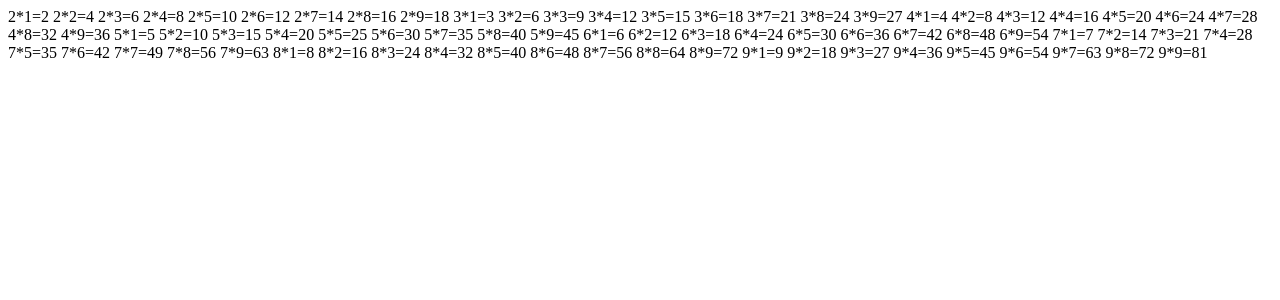
Repository: Yongb15/4.jsp
Page: http://localhost/Ex_0527/gugudan.jsp
These files come from the project's save history. The page is drawn as it stood at one moment and after the next save; the edit follows.
The browser window is 1280 px wide. The pictures show the whole page.
The page is served by Tomcat 10.

Above is the page before, as saved 2024-05-27 12:07:20.

After the next save:
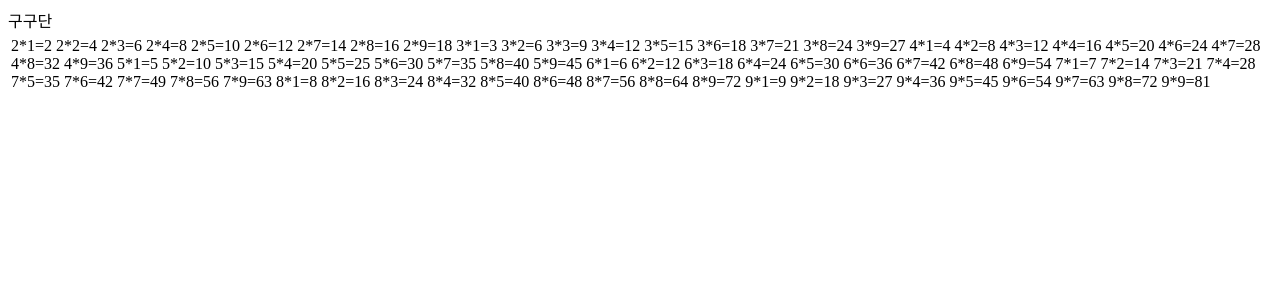
Saved 3 min 13 s later.
--- a/Ex_0527/src/main/webapp/gugudan.jsp
+++ b/Ex_0527/src/main/webapp/gugudan.jsp
@@ -4,15 +4,21 @@
 <html>
 <head>
 <meta charset="UTF-8">
-<title>Insert title here</title>
+<title>구구단</title>
 </head>
 <body>
-	<%
+<table>
+ <tr>구구단</tr>
+ <td>
+ <%
+
 		for(int i = 2; i<=9; i++){
 			for(int j = 1; j<=9; j++){
 				out.println(i+"*"+j+"="+(i*j));
 			}
 		}
 	%>
+	</td>
+</table>
 </body>
 </html>
